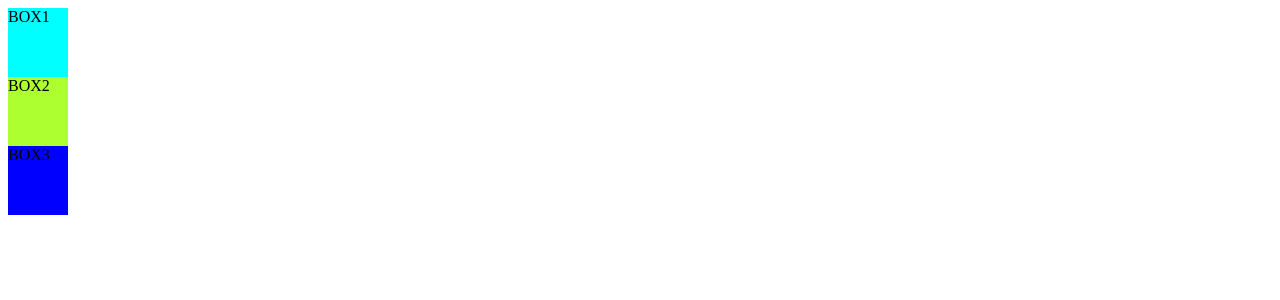
Repository: Ducspdn/WeTheBandF8
Page: html_learn_f8/index3.html
The author's editor kept a copy of each file at every save. The page is drawn from the files as they stood at one save, then again after the next save.
The browser window is 1280 px wide. The pictures show the whole page.

Above is the page before, as saved 2023-01-14 09:58:40.

### html_learn_f8/index3.html
<!DOCTYPE html>
<html lang="en">
<head>
    <meta charset="UTF-8">
    <meta http-equiv="X-UA-Compatible" content="IE=edge">
    <meta name="viewport" content="width=device-width, initial-scale=1.0">
    <title>Document</title>
    <style>
    .Box{
        width: 60px;
        height: 69px;
        display: flex;
        justify-items: center;
        align-content:center;
    }
    .BOX1{
        background-color: aqua;
    }
    .BOX2{
        background-color: greenyellow ;
    }
    .BOX3{
        background-color: blue;
    }
    </style>
</head>
<body>
    <div class="Box BOX1">BOX1</div>
    <div class="Box BOX2">BOX2</div>
    <div class="Box BOX3">BOX3</div>
</body>
</html>

After the next save:
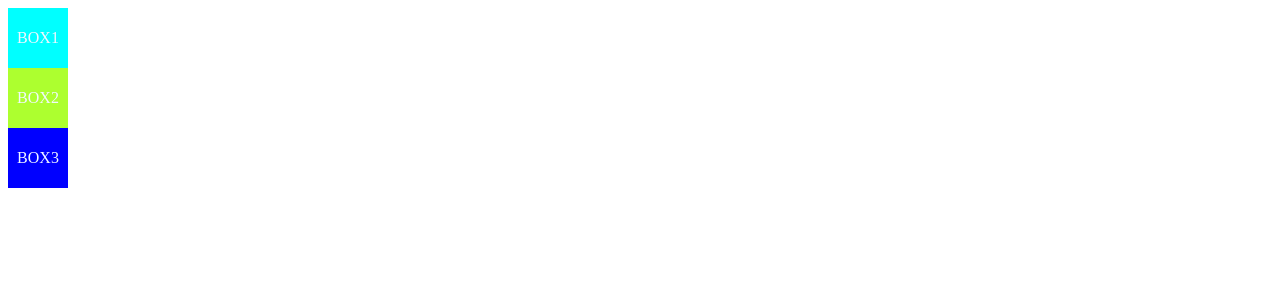
Saved 2 min 36 s later.
--- a/html_learn_f8/index3.html
+++ b/html_learn_f8/index3.html
@@ -8,10 +8,12 @@
     <style>
     .Box{
         width: 60px;
-        height: 69px;
+        height: 60px;
         display: flex;
-        justify-items: center;
-        align-content:center;
+        color: aliceblue;
+        justify-content: center;
+        align-items:center;
+        /* align-items : sắp xếp các mục */
     }
     .BOX1{
         background-color: aqua;
